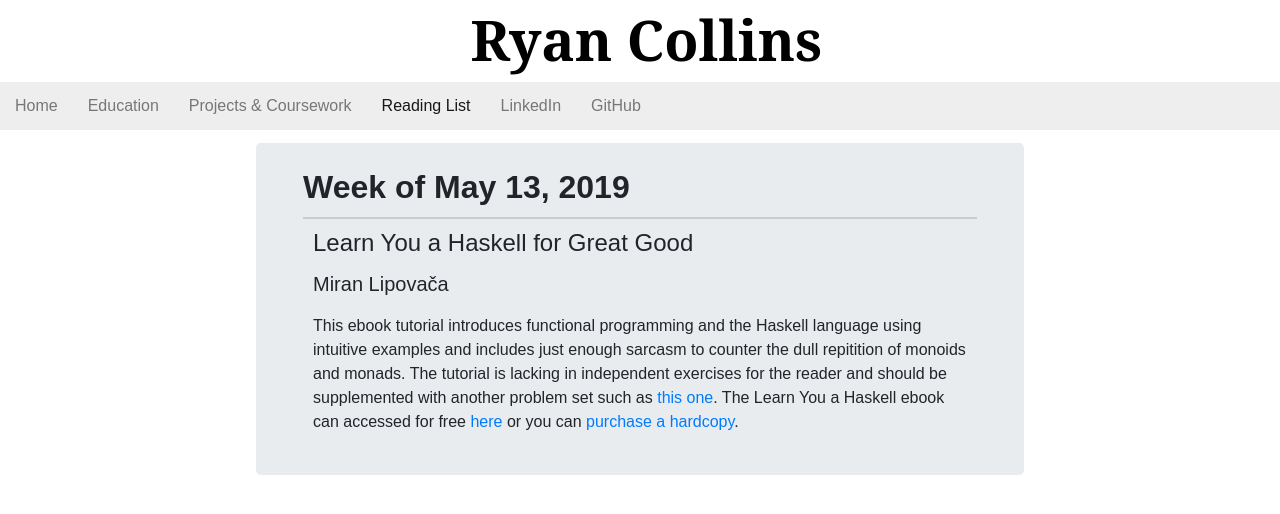
Repository: RyanMCollins/cs50
Page: pset5/homepage/readlist.html
The author's editor kept a record of every edit. The page is drawn from the files as they stood at one moment, then again after the next edit.
The browser window is 1280 px wide. The pictures show the whole page.

Above is the page before.

### pset5/homepage/readlist.html
<!DOCTYPE html>

<html lang="en">
    <head>
        <meta name="viewport" content="width=device-width, initial-scale=1, shrink-to-fit=no">
        <script src="https://code.jquery.com/jquery-3.3.1.slim.min.js" integrity="sha384-q8i/X+965DzO0rT7abK41JStQIAqVgRVzpbzo5smXKp4YfRvH+8abtTE1Pi6jizo" crossorigin="anonymous"></script>
        <script src="https://cdnjs.cloudflare.com/ajax/libs/popper.js/1.14.3/umd/popper.min.js" integrity="sha384-ZMP7rVo3mIykV+2+9J3UJ46jBk0WLaUAdn689aCwoqbBJiSnjAK/l8WvCWPIPm49" crossorigin="anonymous"></script>
        <script src="https://stackpath.bootstrapcdn.com/bootstrap/4.1.3/js/bootstrap.min.js" integrity="sha384-ChfqqxuZUCnJSK3+MXmPNIyE6ZbWh2IMqE241rYiqJxyMiZ6OW/JmZQ5stwEULTy" crossorigin="anonymous"></script>
        <link href="https://stackpath.bootstrapcdn.com/bootstrap/4.1.3/css/bootstrap.min.css" rel="stylesheet">
        <link href="styles.css" rel="stylesheet">
        <title>Reading List</title>
    </head>
    <body>
        <h1 id="site-title">
            <a href="/index">
                Ryan Collins
            </a>
        </h1>
        <nav class="navbar navbar-expand-lg navbar-light">
            <button class="navbar-toggler" type="button" data-toggle="collapse" data-target="#navbarSupportedContent"
            aria-controls="navbarSupportedContent" aria-expanded="false" aria-label="Toggle navigation">
                <span class="navbar-toggler-icon"></span>
            </button>

            <div class="collapse navbar-collapse" id="navbarSupportedContent">
                <div class="flex-even"></div>
                <div class="flex-even d-flex justify-content-center">
                    <ul class="navbar-nav" id="navbar-internal-links">
                      <li class="nav-item">
                        <a class="nav-link" href="/home">Home<span class="sr-only">(current)</span></a>
                      </li>
                      <li class="nav-item">
                        <a class="nav-link" href="/education">Education<span class="sr-only">(current)</span></a>
                      </li>
                      <li class="nav-item">
                        <a class="nav-link" href="/projects">Projects & Coursework<span class="sr-only">(current)</span></a>
                      </li>
                      <li class="nav-item active">
                        <a class="nav-link" href="/readlist">Reading List<span class="sr-only">(current)</span></a>
                      </li>
                    </ul>
                </div>
                <div class="flex-even d-flex justify-content-end">
                    <ul class="navbar-nav" id="navbar-external-links">
                      <li class="nav-item">
                        <a class="nav-link" target="_blank" href="https://linkedin.com/in/ryancollins2020">LinkedIn<span class="sr-only">(current)</span></a>
                      </li>
                      <li class="nav-item">
                        <a class="nav-link" target="_blank" href="https://github.com/RyanMCollins">GitHub<span class="sr-only">(current)</span></a>
                      </li>
                    </ul>
                </div>
            </div>
        </nav>
        <div class="jumbotron">
            <div class="container">
                <h2 class="main-header">
                    Week of May 13, 2019
                </h2>
                <div class="sub-division">
                    <div class="sub-division-header">
                        <h4 class="sub-division-title">
                            Learn You a Haskell for Great Good
                        </h4>

                    </div>
                    <h4 class="sub-division-author">
                        Miran Lipovača
                    </h4>
                    <p>
                        This ebook tutorial introduces functional programming and the Haskell language using intuitive examples and includes
                        just enough sarcasm to counter the dull repitition of monoids and monads. The tutorial is lacking in independent
                        exercises for the reader and should be supplemented with another problem set such as
                        <a href="https://github.com/data61/fp-course">this one</a>. The Learn You a Haskell ebook can accessed for free
                        <a href="http://learnyouahaskell.com/chapters">here</a> or you can
                        <a href="https://nostarch.com/lyah.htm">purchase a hardcopy</a>.
                    </p>
                </div>
            </div>
        </div>
    </body>
</html>

### pset5/homepage/styles.css
body {
    font-size: 14;
    font-family: "Arial";
    min-height: 100vh;
}

#site-title {
    text-align: center;
    font-size: 350%;
    font-family: "Georgia";
    font-weight: bold;
    color: #000000;
    padding-left: 1%;
    padding-bottom: .7%;
    padding-top: .45%;
    margin: 0;
}

@media  screen and (max-width: 368px) {
    #site-title {
        font-size: 200%;
    }
}

#site-title a {
    color: inherit;
    text-decoration: none;
}

.navbar {
    padding: 0;
    /*padding: 0 1%;*/
    background-color: #eee;
}

.flex-break.flex-small {
    flex: 1;
}

.flex-break.flex-large {
    flex: 2;
}

@media  screen and (max-width: 990px) {
    .flex-break.flex-large, .flex-break.flex-small {
        justify-content: flex-start!important;
    }
}

.nav-item {
    padding: 0 5px;
    margin: 4px 2px;
}

.jumbotron {
    margin: 1% 20%;
    padding-top: 2%;
    padding-bottom: 5px;
}

.main-header {
    font-size: 200%;
    font-weight: bold;
}

.sub-division {
    border-top: solid #cccccc 2px;
    margin-top: 10px;
    margin-bottom: 10px;
    padding: 10px;
}

.sub-division-header {
    display: flex;
    padding-bottom: 15px;
}

.sub-division-title {
    font-size: 24px;
    float: left;
    margin-bottom: 0px;
    margin-top: auto;
}

.sub-division-appendice {
    font-size: 18px;
    margin-bottom: 0px;
    margin-top: auto;
}

.sub-division-appendice.date {
    margin-right: 0px;
    margin-left: auto;
}

.sub-division-author {
    font-size: 20px;
    padding-bottom: 10px;
}

After the next edit:
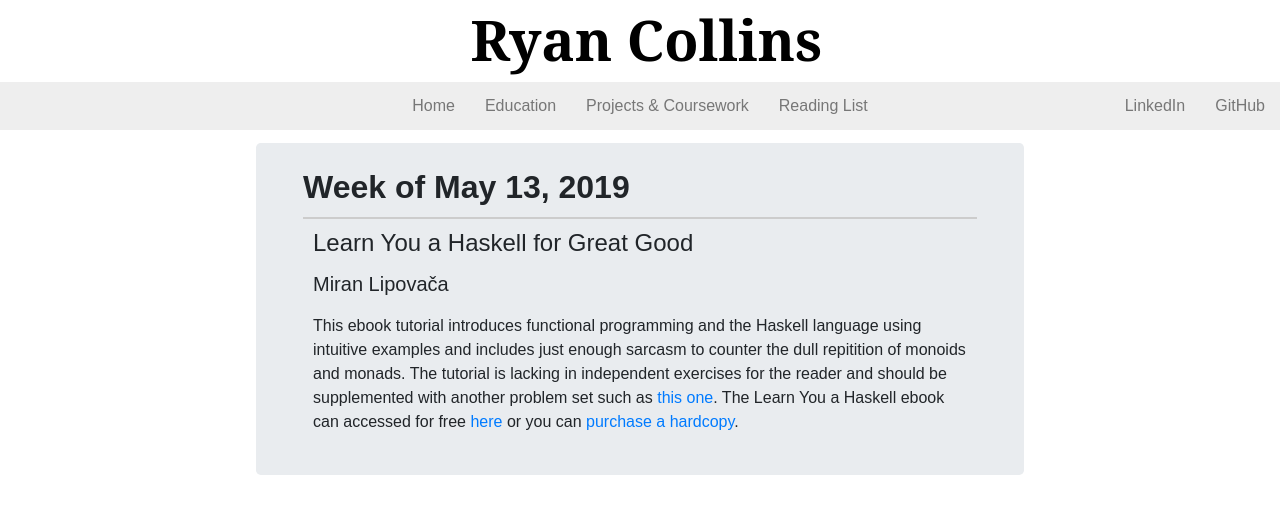
The edit:
--- a/pset5/homepage/readlist.html
+++ b/pset5/homepage/readlist.html
@@ -23,8 +23,8 @@
             </button>
 
             <div class="collapse navbar-collapse" id="navbarSupportedContent">
-                <div class="flex-even"></div>
-                <div class="flex-even d-flex justify-content-center">
+                <div class="flex-break flex-small"></div>
+                <div class="flex-break flex-large d-flex justify-content-center">
                     <ul class="navbar-nav" id="navbar-internal-links">
                       <li class="nav-item">
                         <a class="nav-link" href="/home">Home<span class="sr-only">(current)</span></a>
@@ -35,12 +35,12 @@
                       <li class="nav-item">
                         <a class="nav-link" href="/projects">Projects & Coursework<span class="sr-only">(current)</span></a>
                       </li>
-                      <li class="nav-item active">
+                      <li class="nav-item">
                         <a class="nav-link" href="/readlist">Reading List<span class="sr-only">(current)</span></a>
                       </li>
                     </ul>
                 </div>
-                <div class="flex-even d-flex justify-content-end">
+                <div class="flex-break flex-small d-flex justify-content-end">
                     <ul class="navbar-nav" id="navbar-external-links">
                       <li class="nav-item">
                         <a class="nav-link" target="_blank" href="https://linkedin.com/in/ryancollins2020">LinkedIn<span class="sr-only">(current)</span></a>
